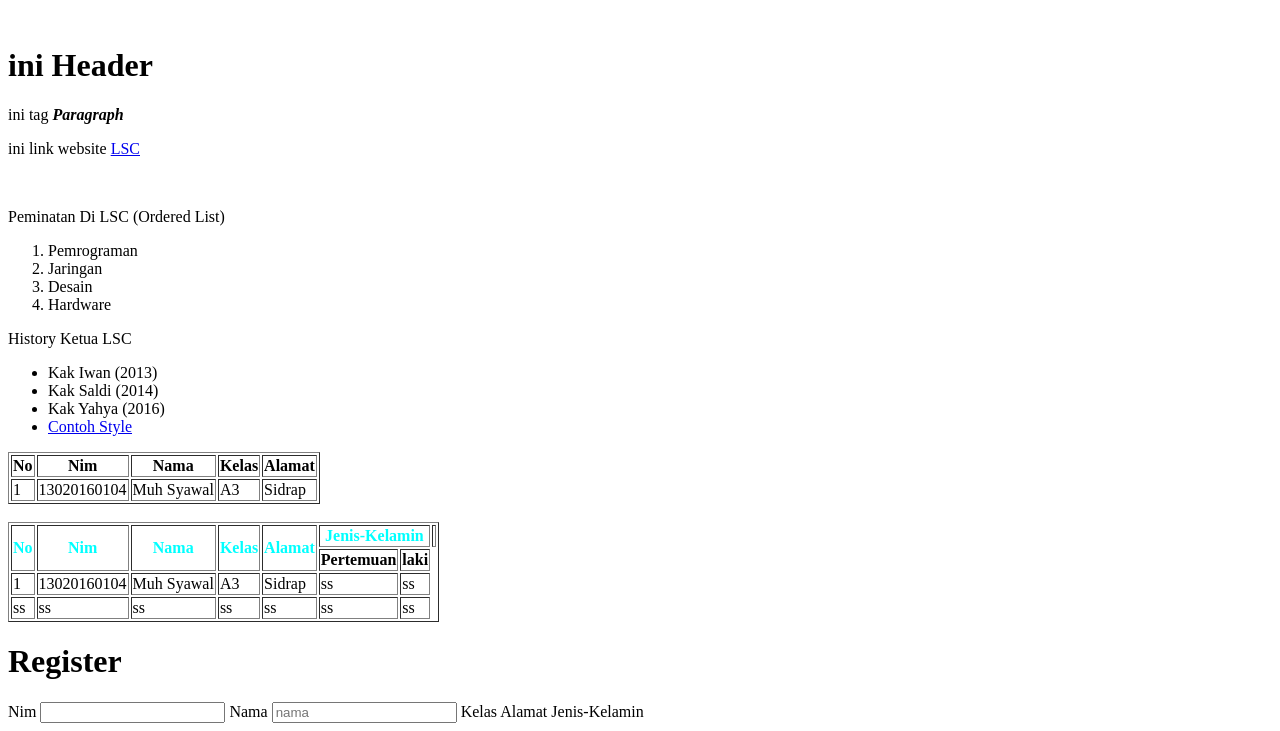
Repository: syawal2kalii/HelloWorld
Page: basichtml.htm
The author's editor kept a copy of each file at every save. The page is drawn from the files as they stood at one save, then again after the next save.
The browser window is 1280 px wide. The pictures show the whole page.

Above is the page before, as saved 2019-11-17 12:32:18.

### basichtml.htm

<!--
Pertemuan 4
Overview
    Struktur Dasar
    Struktur Tag
        *Tag,Atribute,Property
    Berkenalan Dengan Beberapa Tag
        *header
        *Paragraph
        *Text Style (Bold,italic,font)
        *a
        *image
        *list
        *Table (colspan & Rowspan)
        *input
        *form
        *link import
    Dimensi dari setiap tag (block,inline)
    Studi Case : login,register,table user (No Style)

     -->

<!DOCTYPE html>
<html lang="en">
<head>
    <meta charset="UTF-8">
    <meta name="viewport" content="width=device-width, initial-scale=1.0">
    <meta http-equiv="X-UA-Compatible" content="ie=edge">
    <title>Basic HTML (Pertemuan 5)</title>
</head>
<body>
    <!-- tag atribute value
        global -> style,class (https://www.w3.org/TR/2010/WD-html-markup-20101019/global-attributes.html)
        local -> src
    -->

    <img src="" alt="">
    <h1>ini Header</h1>
    <p>ini tag <b><i>Paragraph</i></b></p>
    <p>ini link website <a href="http://www.lscumi.info.tm">LSC</a> </p>
    <img src="" alt="">
   <p> Peminatan Di LSC (Ordered List) </p>
    <ol>
        <li>Pemrograman</li>
        <li>Jaringan</li>
        <li>Desain</li>
        <li>Hardware</li>
    </ol>

    <p>History Ketua LSC</p>
    <ul>
        <li>Kak Iwan (2013)</li>
        <li>Kak Saldi (2014)</li>
        <li>Kak Yahya (2016)</li>
        <li><a href="https://www.w3schools.com/html/html_lists.asp">Contoh Style</a></li>
    </ul>

    <table border="1"> <!-- tag pembuka -->
        <tr> <!-- table row -->
            <th>No</th> <!-- table Head -->
            <th>Nim</th>
            <th>Nama</th>
            <th>Kelas</th>
            <th>Alamat</th>
        </tr>
        <tr>
            <td>1</td> <!-- table Data -->
            <td>13020160104</td> <!-- table Data -->
            <td>Muh Syawal</td> <!-- table Data -->
            <td>A3</td> <!-- table Data -->
            <td>Sidrap</td> <!-- table Data -->
        </tr>
    </table> <!-- tag penutup -->

    <table border="1">

        <tr style="color: aqua;">
            <th rowspan="2">No</th>
            <th rowspan="2">Nim</th>
            <th rowspan="2">Nama</th>
            <th rowspan="2">Kelas</th>
            <th rowspan="2">Alamat</th>
            <th colspan="2">Jenis-Kelamin</th>
            <th></th>
        </tr>

        <tr>
               <th>Pertemuan</td>
               <th>laki</td>

        </tr>
        <tr>
            <td>1</td>
            <td>13020160104</td>
            <td>Muh Syawal</td>
            <td>A3</td>
            <td>Sidrap</td>
            <td>ss</td>
            <td>ss</td>
        </tr>
        <br>
        <tr>
                <td>ss</td>
                <td>ss</td>
                <td>ss</td>
                <td>ss</td>
                <td>ss</td>
                <td>ss</td>
                <td>ss</td>
            </tr>
    </table>

    <h1>Register</h1>
    Nim <input type="text">
    Nama <input type="text" placeholder="nama" name="" id="">
    Kelas
    Alamat
    Jenis-Kelamin

    <!-- <link rel="stylesheet" href="lscumi.info.tm">Ini link ke website LSC -->


</body>


</html>

<!-- kemungkinan Error
    1.tag a tanpa http
    2.Margin di Css
-->

After the next save:
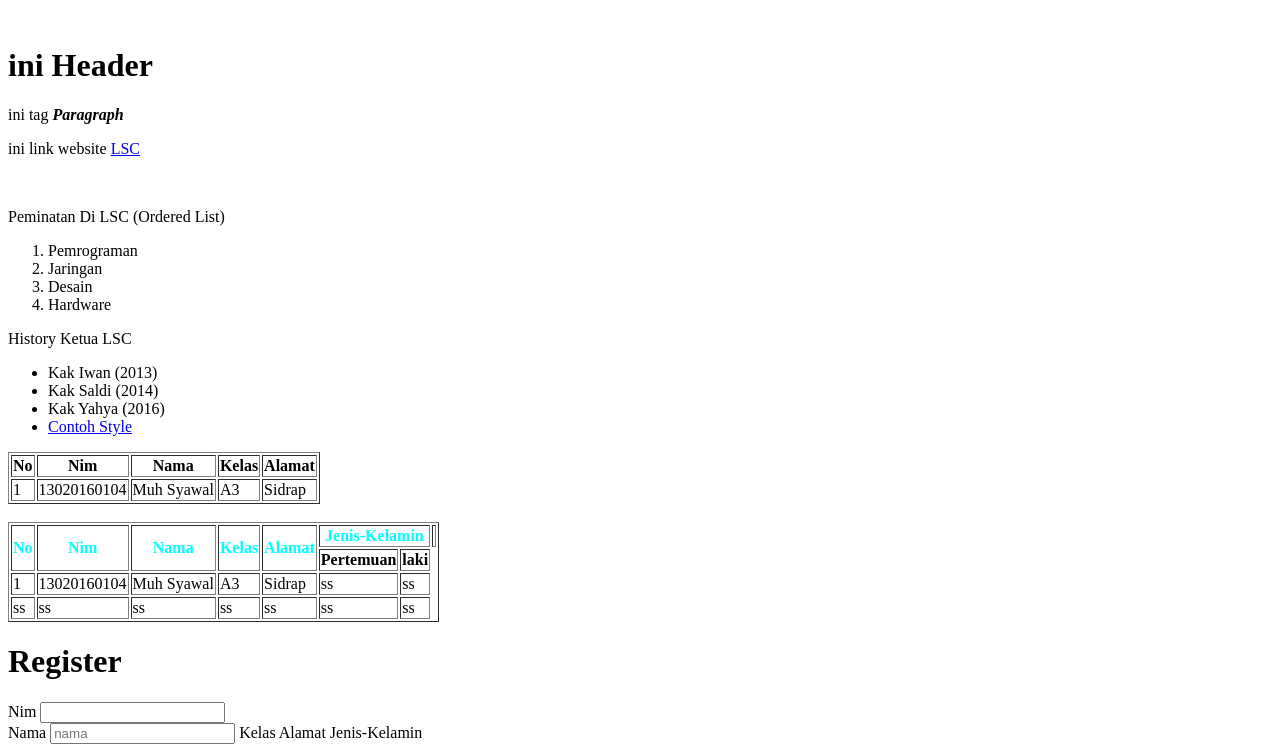
Saved 5 s later.
--- a/basichtml.htm
+++ b/basichtml.htm
@@ -112,7 +112,7 @@ Overview
     </table>
 
     <h1>Register</h1>
-    Nim <input type="text">
+    Nim <input type="text"> <br>
     Nama <input type="text" placeholder="nama" name="" id="">
     Kelas
     Alamat
